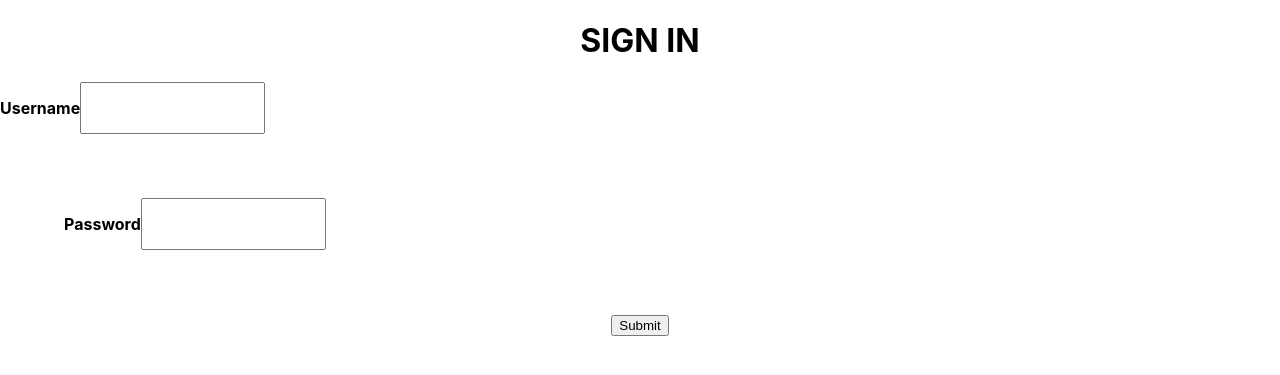
Repository: PreetiToppo/networking
Page: /
These files come from the project's save history. The page is drawn as it stood at one moment and after the next save; the edit follows.
The browser window is 1280 px wide. The pictures show the whole page.
The project was rebuilt for these pictures with package versions that can differ from the ones it lists, and the page was loaded fresh each time.

Above is the page before, as saved 2023-01-21 19:40:45.

### src/index.js
import React from 'react';
import ReactDOM from 'react-dom/client';
import './index.css';
import App from './App';
import reportWebVitals from './reportWebVitals';

const root = ReactDOM.createRoot(document.getElementById('root'));
root.render(
  <React.StrictMode>
   <App />
  </React.StrictMode>
);

// If you want to start measuring performance in your app, pass a function
// to log results (for example: reportWebVitals(console.log))
// or send to an analytics endpoint. Learn more: https://bit.ly/CRA-vitals
reportWebVitals();

### src/App.js
import "./App.css"
import React,{useState} from 'react';

function App() {
const [data,setData] = useState({
  username:"",
  password:""
})

const {username,password} = data;

const changeHandler = e => {
  setData({...data,[e.target.name]:[e.target.value]});
}

const submitHandler = e => {
  e.preventDefault();
  console.log(data);
}
  return (
    <div>
      <center>
      <h1>SIGN IN</h1>
      <form onSubmit={submitHandler}>
      <div className="name">
        <p>Username</p>
        <input type="text" name="username" value={username} onChange={changeHandler}/><br/>
      </div>
      <div className="pass">
        <p>Password</p>
        <input type="password" name="password" value={password} onChange={changeHandler}/><br/>
      </div>
      <input className="button" type="submit" name="submit"/>
      </form>
      </center>
    </div>

  );
}

export default App;

### src/App.css
.App{
  background-color: aquamarine;
}
.name {
  display: flex;

}

.pass {
  display: flex;
  padding: 5% 5%;
}

p{
  font-weight: bold;
}

Loaded but not shown: public/index.html (common file); src/index.css (common file); src/reportWebVitals.js (common file)

After the next save:
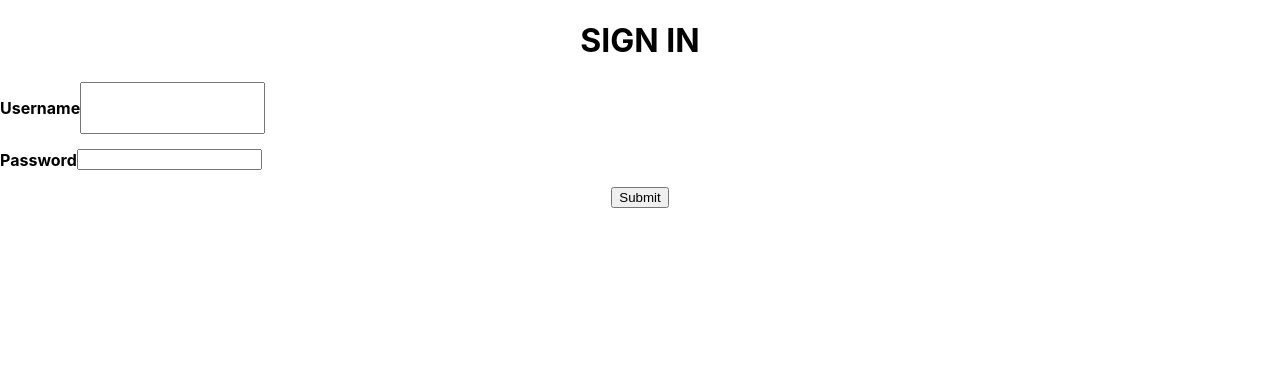
Saved 18 s later.
--- a/src/App.css
+++ b/src/App.css
@@ -8,7 +8,7 @@
 
 .pass {
   display: flex;
-  padding: 5% 5%;
+  align-items: center;
 }
 
 p{
